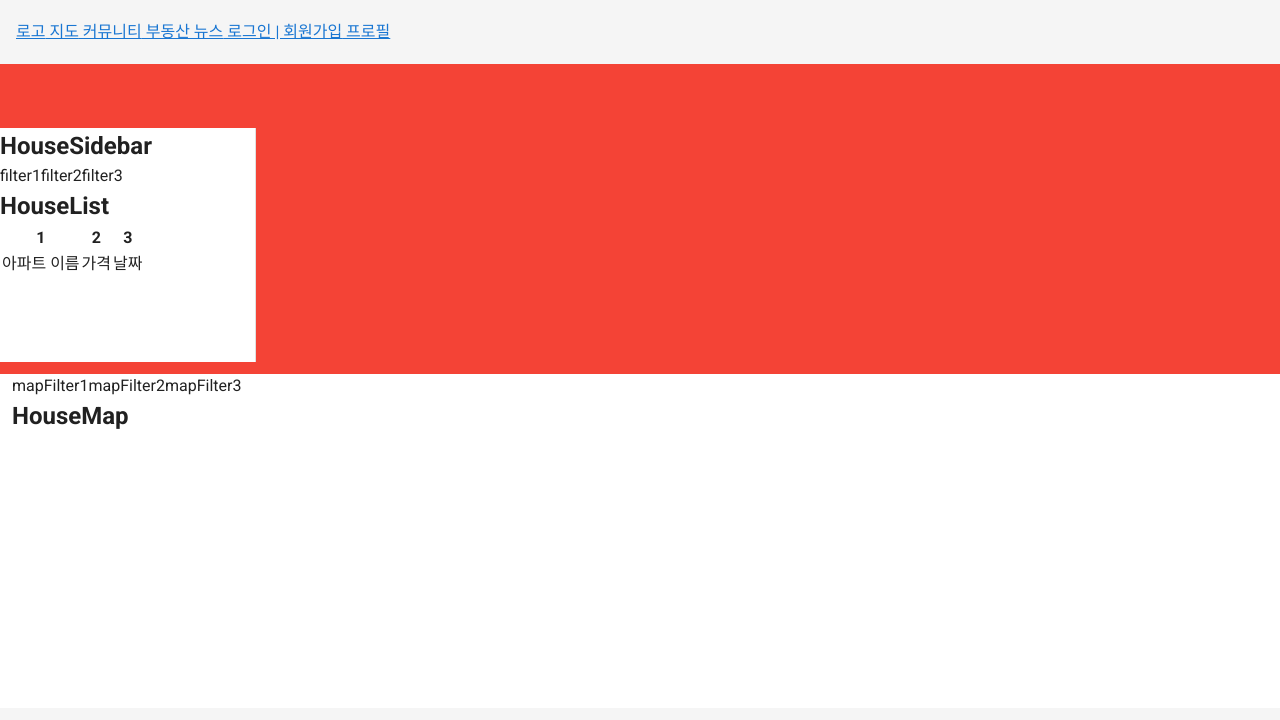
Repository: misso88/vue-whereIsMyHome
Page: /map
These files come from the project's save history. The page is drawn as it stood at one moment and after the next save; the edit follows.
The browser window is 1280 px wide. The pictures show the whole page.
The project was rebuilt for these pictures with package versions that can differ from the ones it lists, and the page was loaded fresh each time. Also part of the build but not shown: vue.config.js, src/views/AppMain.vue, src/views/AppNews.vue.

Above is the page before, as saved 2022-11-16 10:20:47.

After the next save:
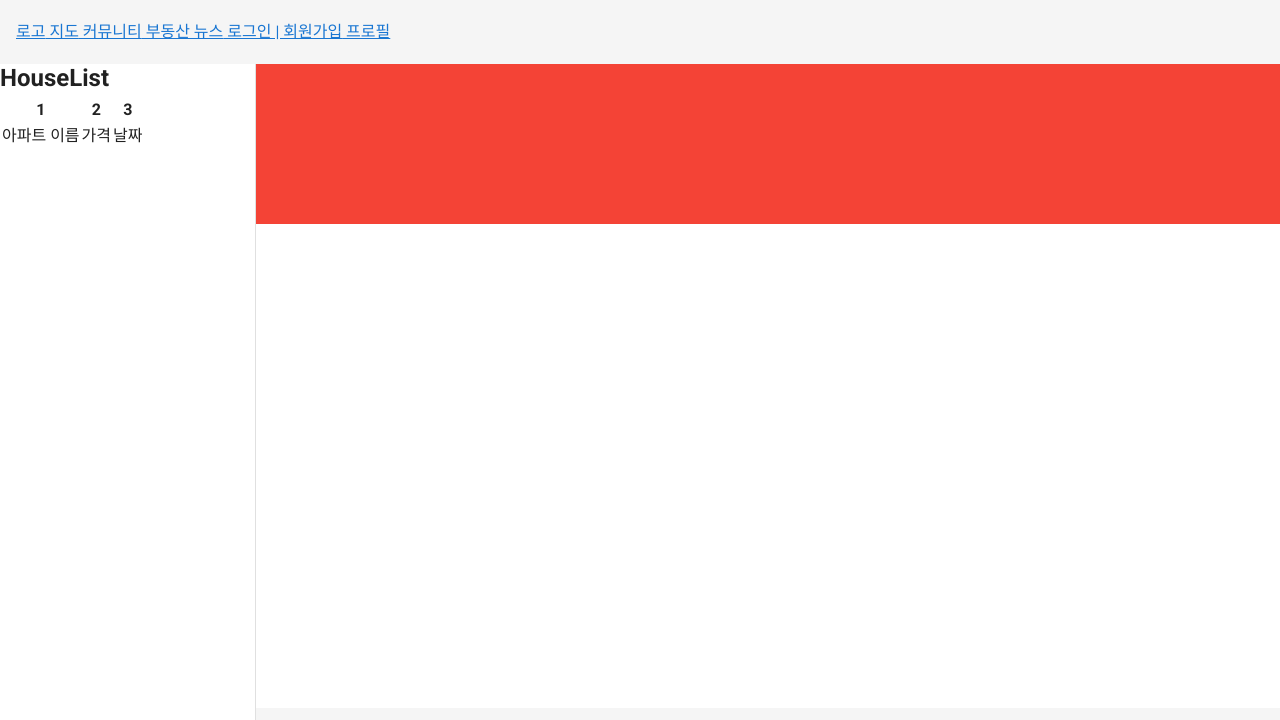
Saved 15 s later.
--- a/src/views/AppHouse.vue
+++ b/src/views/AppHouse.vue
@@ -1,6 +1,6 @@
 <template>
   <v-main class="red">
-    <v-navigation-drawer permanent clipped>
+    <v-navigation-drawer permanent clipped fixed>
       <house-sidebar></house-sidebar>
     </v-navigation-drawer>
     <v-container fluid>
